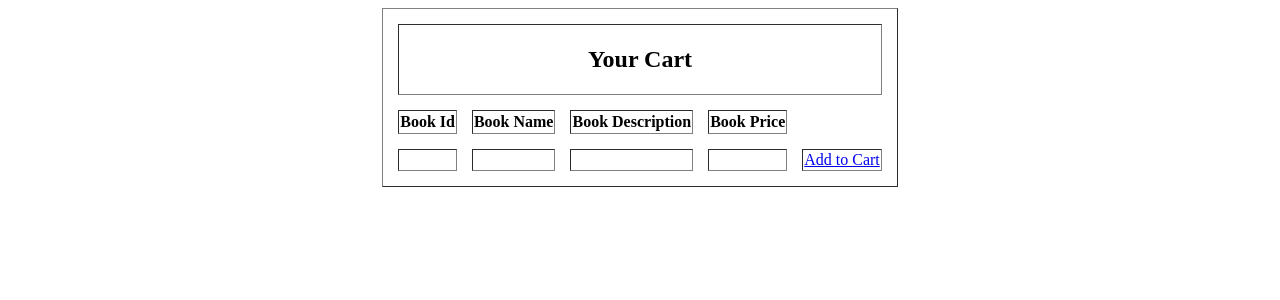
Repository: Rccalfa123/OnlineShopingCart
Page: http://localhost/OnlineBookShopping_Servlet-JSP/Cart.jsp
An editor plug-in stored every save of this project. The page is shown before and after the next save, followed by the edit.
The browser window is 1280 px wide. The pictures show the whole page.
The page is served by Tomcat 9. Other server files are loaded and not shown.

Above is the page before, as saved 2018-08-09 09:17:53.

### OnlineBookShopping_Servlet-JSP/WebContent/Cart.jsp
<%@ page language="java" contentType="text/html; charset=ISO-8859-1"
    pageEncoding="ISO-8859-1"%>
<!DOCTYPE html>
<html>
<head>
<meta charset="ISO-8859-1">
<title>Insert title here</title>
</head>
<body>

 <form action=".app" method="get">

		<div>
			<table cellspacing="15" align = "center" border="dotted" >
				<tr>
					<th colspan="6" height="35"><h2>Your Cart</h2></th>
				</tr>
			  <tr>
					<th height="20">Book Id</th>
					<th height="20">Book Name</th>
					<th height="20">Book Description</th>
					<th height="20">Book Price</th>

				</tr>

			<alfa:forEach var="books"  items="${sessionScope.booksInCart}">
			<tr>
					<td align="center">${books.bookId}</td>
					<td align="center">${books.bookName}</td>
					<td align="center">${books.bookDescription}</td>
					<td align="center">${books.bookPrice}</td>
					<td align="center"  colspan="2"><a href="addnew.app?bookId=${books.bookId}">Add to Cart</a></td>
			</tr>
			</alfa:forEach>
					</table>
		</div>

	</form>



</body>
</html>

After the next save:
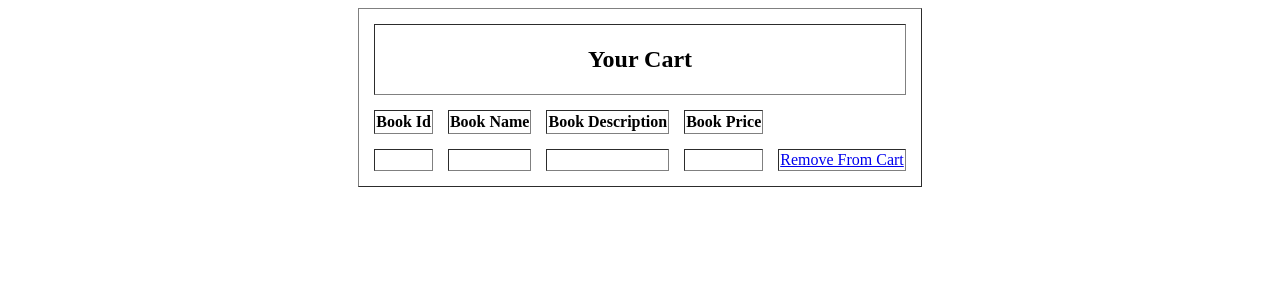
Saved 51 s later.
--- a/OnlineBookShopping_Servlet-JSP/WebContent/Cart.jsp
+++ b/OnlineBookShopping_Servlet-JSP/WebContent/Cart.jsp
@@ -29,7 +29,7 @@
 					<td align="center">${books.bookName}</td>
 					<td align="center">${books.bookDescription}</td>
 					<td align="center">${books.bookPrice}</td>
-					<td align="center"  colspan="2"><a href="addnew.app?bookId=${books.bookId}">Add to Cart</a></td>
+					<td align="center"  colspan="2"><a href="removenew.app?bookId=${books.bookId}">Remove From Cart</a></td>
 			</tr>
 			</alfa:forEach>
 					</table>
